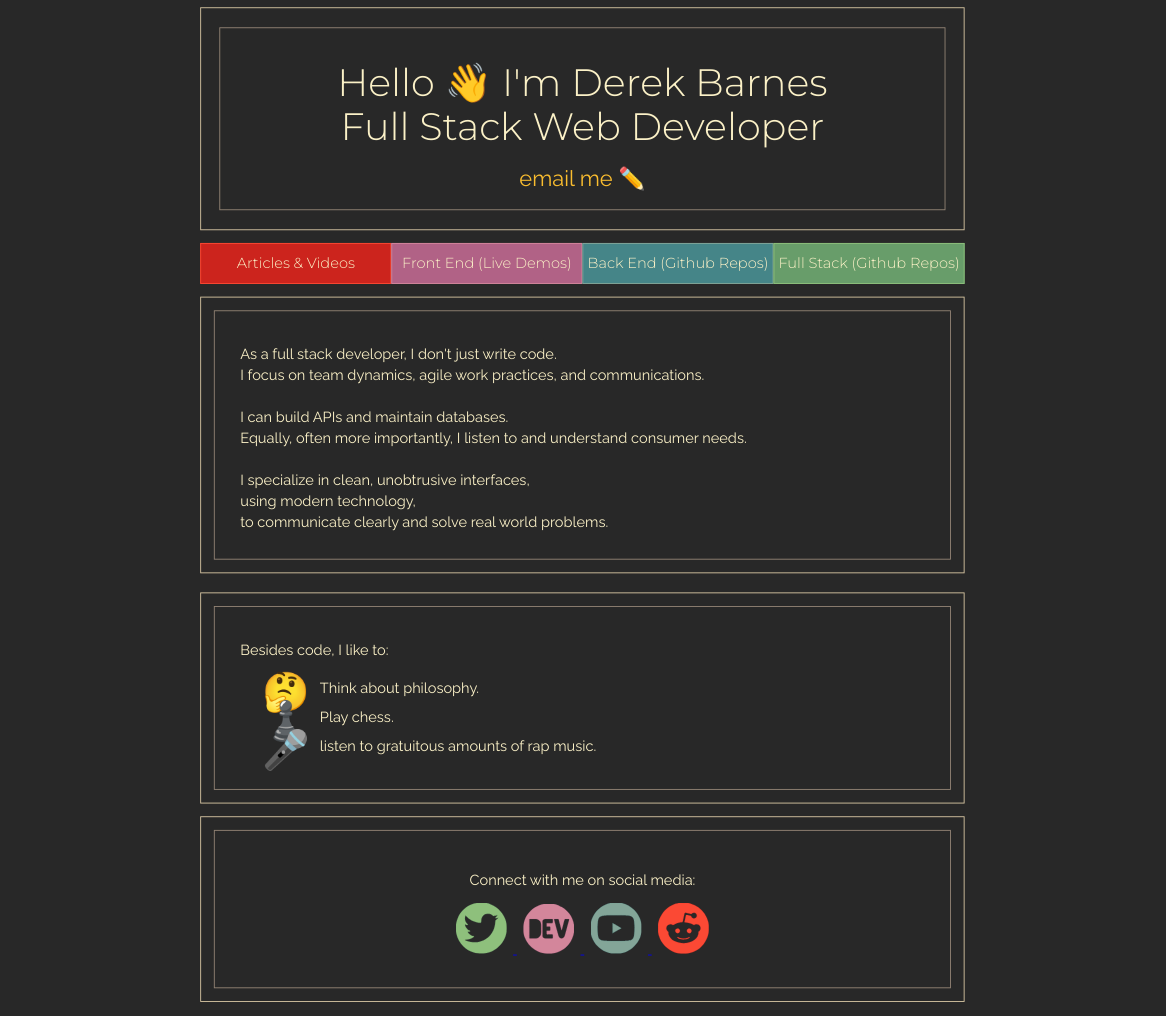
Repository: dsbarnes/groovy-blog
Page: index.html
An editor plug-in stored every save of this project. The page is shown before and after a run of saves, followed by the edit.
The browser window is 1280 px wide. The page is 1281 px wide, so the pictures cover 1281 px, including what lies to the right of the window. The pictures show the whole page, at 91% of full size.
The style sheet was rebuilt from its Sass, Less or Tailwind sources for each picture, by a compiler version that may differ from the author's.

Above is the page before, as saved 2020-05-11 16:01:31.

### index.html
<!DOCTYPE html>
<html lang="en">

<head>
    <meta charset="UTF-8">
    <meta name="viewport" content="width=device-width, initial-scale=1.0">
    <link href="https://fonts.googleapis.com/css2?family=Montserrat:wght@300&display=swap" rel="stylesheet">
    <link href="https://fonts.googleapis.com/css2?family=Raleway&display=swap" rel="stylesheet">

    <title>D.S. Barnes</title>

    <link rel="stylesheet" href="./CSS/style.css">
</head>

<body>
    <div class="container">

        <div id='nameCard'>
            <div id="doubleBorder">
                <p>Hello 👋 I'm Derek Barnes</p>
                <p>Full Stack Web Developer</p>
                <br />
                <small><a href='mailto:derekb0147@gmail.com'>email me ✏️</a></small>
                <br />
            </div>
        </div>

        <div id='selections'>
            <p class='nav' data-color='red' id='articles'>Articles & Videos</p>
            <p class='nav' data-color='purple' id='frontend'>Front End (Live Demos)</p>
            <p class='nav' data-color='blue' id='backend'>Back End (Github Repos)</p>
            <p class='nav' data-color='aqua' id='fullstack'>Full Stack (Github Repos)</p>
        </div>

        <!-- <button id="toggle-button">Toggle collapse</button> -->

        <!-- Section one -->
        <div class="content">
            <div class='double-border'>
                <div id='content-section-text'>
                    <p>As a full stack developer, I don't just write code.</p>
                    <p>I focus on team dynamics, agile work practices, and communications.</p>
                    <br />
                    <p>I can build APIs and maintain databases.</p>
                    <p>Equally, often more importantly, I listen to and understand consumer needs.</p>
                    <br />
                    <p>I specialize in clean, unobtrusive interfaces,</p>
                    <p>using modern technology,</p>
                    <p>to communicate clearly and solve real world problems.</p>
                </div>
            </div>
        </div>


        <!-- Section two -->
        <div class="hobbies">
            <div class='double-border'>

                <p>Besides code, I like to:</p>
                <br />

                <p class='xpad'>
                    <span class='bigEmoji'>🤔</span>
                    <span class='emojiText'>Think about philosophy.</span>
                </p>

                <p class='xpad'>
                    <span class='bigEmoji'>♟️</span>
                    <span class='emojiText'>Play chess.</span>
                </p>

                <p class='xpad'>
                    <span class='bigEmoji'>🎤</span>
                    <span class='emojiText'>listen to gratuitous amounts of rap music.</span>
                </p>
            </div>
        </div>


        <!-- Section three -->
        <div class="social-media">
            <div class="double-border">

                <p>Connect with me on social media:</p>

                <div id='media-icons'>
                    <a href='https://twitter.com/DerekBarnes0' id='twitter'>
                        <img src='../SVG/twitterLogo.svg'>
                    </a></img>

                    <a href='https://dev.to/dsbarnes' id="devto">
                        <img src='../SVG/devLogo.svg'>
                    </a></img>

                    <a href='https://www.youtube.com/channel/UC4wXeImm3FqzbxJvwSMoQFg?view_as=subscriber' id='youtube'>
                        <img src='../SVG/youtubeLogo.svg'>
                    </a></img>

                    <a href='https://www.reddit.com/user/snipethebird' id='reddit'>
                        <img src='../SVG/redditLogo.svg'>
                    </a></img>
                </div>

            </div>
        </div>

    </div><!-- container -->

    <script type=module src="index.js"></script>
</body>

</html>

### index.js
import articles from './components/articles.js'
import repos from './components/repos.js'

import articlesData from './siteData/articles.js'
import backendData from './siteData/backEnd.js'
import frontendData from './siteData/frontEnd.js'
import fullstackData from './siteData/fullStack.js'

const handleRemoveData = () => {
    const sections = Array.from(document.querySelectorAll('[id*="section-text"]'))

    for (const section of sections) {
        const elementsToRemove = Array.from(section.children)
        for (const element of elementsToRemove)
            element.remove()
    }
}

const populateData = (id) => {
    id == 'articles' && articles(articlesData)
    id == 'frontend' && repos(frontendData)
    id == 'backend' && repos(backendData)
    id == 'fullstack' && repos(fullstackData)
}

const handleTransition = (id) => {
    // Adds overflow: scroll to the content car:
    document.querySelector('.content')
        .classList.add('collapsed')

    // Shrinks and fades out the middle card:
    document.querySelector('.hobbies')
        .classList.add('collapsed')

    // Adjusts the social media card:
    document.querySelector('.social-media')
        .classList.add('collapsed')

    populateData(id)
}

let active = null
document.querySelectorAll('.nav')
    .forEach(btn => btn.addEventListener('click', function () {
        // Set active section
        // Click the currently active section does nothing
        if (active == this.id) return
        active = this.id

        handleRemoveData()

        const hobbies = document.querySelector('.hobbies').classList
        // If hobbies is collapsed then only repopulate the data
        hobbies.contains('collapsed') ?
            // Fades in the articles:
            populateData(this.id) :
            // Fades out about card, then runs populateData()
            handleTransition(this.id)
    }))

### components/articles.js
function modules(arr) {
    const root = document.getElementById('content-section-text')

    // Conceptually this is the same thing as
    // handleElementSection in repos.js
    // however, it builds two different components.
    const handleElementSection = (element) => {
        const container = document.createElement('div')
        const title = document.createElement('h1')
        const date = document.createElement('p')
        const short = document.createElement('p')

        title.innerHTML = element['Title']
        container.appendChild(title)

        date.innerHTML = element['Date']
        container.appendChild(date)

        short.innerHTML = element['Short']
        container.appendChild(short)

        container.classList.add('article-repo')
        root.appendChild(container)
    }

    for (const i in arr) {
        // setTimeout is non-blocking
        // IIFE to prevent setTimeout from stacking
        // and executing all at once:
        (() => {
            const element = arr[i]
            setTimeout(() => {
                handleElementSection(element)
                // Not for(of) b/c i is necessary here:
            }, 160 * i)
        })(i)
    }
}

export default modules

### components/repos.js
function repos(arr) {

    const root = document.getElementById('content-section-text')

    // for (const element of arr) {

    // Conceptually this is the same thing as
    // handleElementSection in articles.js
    // however, it builds two different components.
    const handleElementSection = (element) => {
        const container = document.createElement('div')
        const titleAndLinks = document.createElement('div')
        const title = document.createElement('h1')
        const repolink = document.createElement('p')
        const demolink = document.createElement('p')
        const description = document.createElement('p')

        titleAndLinks.classList.add('repo-title-links')

        title.innerHTML = element['Repo']
        titleAndLinks.appendChild(title)

        repolink.innerHTML = element['RepoLink']
        titleAndLinks.appendChild(repolink)

        if (element['DemoLink'] != undefined) {
            demolink.innerHTML = element['DemoLink']
            container.appendChild(demolink)
            titleAndLinks.appendChild(demolink)
        }

        container.appendChild(titleAndLinks)

        description.innerHTML = element['Description']
        description.classList.add('repo-description')
        container.appendChild(description)

        container.classList.add('article-repo')
        root.appendChild(container)
    }

    // }

    for (const i in arr) {
        // setTimeout is non-blocking
        // IIFE to prevent setTimeout from stacking
        // and executing all at once:
        (() => {
            const element = arr[i]
            setTimeout(() => {
                handleElementSection(element)
            }, 200 * i)
        })(i)
    }
}

export default repos

### siteData/articles.js
const articleData = [
    {
        "Title": "Article Project One",
        "Date": "date-posted",
        "Short": "Lorem ipsum"
    },
    {
        "Title": "Article Project Two",
        "Date": "date-posted",
        "Short": "fjdklsafjdlks;fajsdl;f"
    },
    {
        "Title": "Article Project Three",
        "Date": "date-posted",
        "Short": "fjdklsafjdlks;fajsdl;f"
    },
    {
        "Title": "Article Project Four",
        "Date": "date-posted",
        "Short": "fjdklsafjdlks;fajsdl;f"
    },
    {
        "Title": "Article Project Five",
        "Date": "date-posted",
        "Short": "fjdklsafjdlks;fajsdl;f"
    }
]

export default articleData

### siteData/backEnd.js
const backendData = [
    {
        "Repo": "Back End Project One",
        "RepoLink": "blah.com",
        "Description": "README.md"
    },
    {
        "Repo": "Back End Project Two",
        "RepoLink": "blah.com",
        "Description": "README.md"
    },
    {
        "Repo": "Back End Project Three",
        "RepoLink": "blah.com",
        "Description": "README.md"
    },
    {
        "Repo": "Back End Project Four",
        "RepoLink": "blah.com",
        "Description": "README.md"
    },
    {
        "Repo": "Back End Project Five",
        "RepoLink": "blah.com",
        "Description": "README.md"
    }
]

export default backendData

### siteData/frontEnd.js
const frontendData = [
    {
        "Repo": "Front End Project One",
        "RepoLink": "blah.com",
        "DemoLink": "demo link",
        "Description": "Lorem ipsum dolor sit amet, consectetur adipiscing elit, sed do eiusmod tempor incididunt ut labore et dolore magna aliqua. Dolor sit amet consectetur adipiscing elit duis tristique.Lorem ipsum dolor sit amet, consectetur adipiscing elit, sed do eiusmod tempor incididunt ut labore et dolore magna aliqua. Dolor sit amet consectetur adipiscing elit duis tristique.Lorem ipsum dolor sit amet, consectetur adipiscing elit, sed do eiusmod tempor incididunt ut labore et dolore magna aliqua. Dolor sit amet consectetur adipiscing elit duis tristique."
    },
    {
        "Repo": "Front End Project Two",
        "RepoLink": "blah.com",
        "DemoLink": "demo link",
        "Description": "README.md"
    },
    {
        "Repo": "Front End Project Three",
        "RepoLink": "blah.com",
        "DemoLink": "demo link",
        "Description": "README.md"
    },
    {
        "Repo": "Front End Project Four",
        "RepoLink": "blah.com",
        "DemoLink": "demo link",
        "Description": "README.md"
    },
    {
        "Repo": "Front End Project Five",
        "RepoLink": "blah.com",
        "DemoLink": "demo link",
        "Description": "README.md"
    }
]

export default frontendData

### siteData/fullStack.js
const fullstackData = [
    {
        "Repo": "Full Stack Project One",
        "RepoLink": "blah.com",
        "Description": "README.md"
    },
    {
        "Repo": "Full Stack Project Two",
        "RepoLink": "blah.com",
        "Description": "README.md"
    },
    {
        "Repo": "Full Stack Project Three",
        "RepoLink": "blah.com",
        "Description": "README.md"
    },
    {
        "Repo": "Full Stack Project Four",
        "RepoLink": "blah.com",
        "Description": "README.md"
    },
    {
        "Repo": "Full Stack Project Five",
        "RepoLink": "blah.com",
        "Description": "README.md"
    }
]

export default fullstackData

### style.scss
// Main Container:
// Sizings - everything is a multiple of 14!!
$container-width: 840px;
$container-height: 1100px;
$outer-width: $container-width * .8;
$margin-pad-sizing: 14px;


// Gruvbox colors:
$background-color: #282828;
$background-alt-color: #3c3836;
$font-color: #fbf1c7;
$font-alt-color: #ebdbb2;
$outer-border: #d5c4a1;
$inner-border: #928374;
$red-color: #cc241d;
$light-red-color: #fb4934;
$green-color: #98971a;
$light-green-color: #b8bb26;
$yellow-color: #d79921;
$light-yellow-color: #fabd2f;
$blue-color: #458588;
$light-blue-color: #83a598;
$purple-color: #b16286;
$light-purple-color: #d3869b;
$aqua-color: #689d6a;
$light-aqua-color: #8ec07c;


// Font:
$title-font: 'Montserrat', sans-serif;
$body-font: 'Raleway', sans-serif;
$title-font-size: 42px;
$body-font-size: 16px;


//Mixins:
@mixin bg-border($bg-color, $border-color){
  background-color: $bg-color;
  border: 1px solid $border-color;
}
@mixin font-fam-size($fam, $size){
  font-family: $fam;
  font-size: $size;
}
@mixin sectionButton($bg-color, $border-color){
  @include bg-border($bg-color, $border-color);
  @include font-fam-size($title-font, $body-font-size);
  display: inline-block;
  margin: 0 auto;
  //That just looks best as 12, idk.
  padding: 12px 0px;
  text-align: center;
  width: (($container-width / 4));
}

// Keyframes:
@keyframes fade-in{
  from{color: $background-color;}
  to{ color: $font-color; }
}
.article-repo{ animation: fade-in 2.5s forwards;}


// Overall styling:
* { box-sizing:border-box; }
body{ background-color: $background-color; color: $font-color }
//Everything visible is inside this container:
.container {
  display:flex;
  flex-direction:column;
  justify-content:flex-start;
  width: $container-width;
  margin: 0 auto;
  // we're required to set height explicitly
  height: $container-height;
}
h1{ @include font-fam-size($title-font, $title-font-size/1.25)}


// Name Card
#nameCard{
  border: 1px solid $outer-border;
  padding: $margin-pad-sizing/2;
  text-align: center;
  line-height: $margin-pad-sizing/2;

  small{ @include font-fam-size($body-font, $body-font-size*1.5); }
  a{ text-decoration: none; color: $light-yellow-color }

  #doubleBorder{
      @include bg-border($background-color, $inner-border);
      p{ @include font-fam-size($title-font, $title-font-size);}
      margin: $margin-pad-sizing auto;
      padding: $margin-pad-sizing;
      padding-bottom: $margin-pad-sizing*2;

      // 14px b/c of margin.
      // Why *3? Good question.
      width: ($container-width - 14px*3);
  }
}


// Nav 'buttons'
#selections{
  display: flex;
  justify-content: space-between;
  margin-top: $margin-pad-sizing;
}
#articles{ @include sectionButton($red-color, $light-red-color) }
#frontend{ @include sectionButton($purple-color, $light-purple-color) }
#backend{ @include sectionButton($blue-color, $light-blue-color) }
#fullstack{ @include sectionButton($aqua-color, $light-aqua-color) }

// General double border settings, different from
// name card b/c ...damnit
.double-border{
  border: 1px solid $inner-border;
  // Variables not working in calc()
  // will investigate.
  height: calc(100% - 28px); // $margin-pad-size*2
  width: calc(100% - 28px);  // $margin-pad-size*2
  margin: $margin-pad-sizing auto 0 auto;
  padding: $margin-pad-sizing*2;
}

// This is the section that expands:
.content{
  @include bg-border($background-color, $outer-border);
  @include font-fam-size($body-font, $body-font-size);

  ::-webkit-scrollbar {
    display: block;
    background: $background-color;
    width: 7px;
  }

  ::-webkit-scrollbar-track { background: transparent; }

  ::-webkit-scrollbar-thumb {
    -webkit-border-radius: 5px;
    background:$background-alt-color;
  }
  ::-webkit-scrollbar-track-piece:end {
    background: transparent;
    margin-bottom: 10px;
  }
  ::-webkit-scrollbar-track-piece:start {
    background: transparent;
    margin-top: 10px;
  }

  line-height: $margin-pad-sizing/2;
  margin: $margin-pad-sizing 0;
  overflow: hidden;
  flex: 3;
}
.content::after {
  content:'';
  position: absolute;
  z-index: -1;
  height: calc(100% - 20px);
  top: 10px;
  right: -1px;
  width: 5px;
  background: #red;
}
.content.collapsed{
  .double-border{
    overflow-y: scroll;
    overflow-x: hidden;
  }
}

.article-repo{
  margin-bottom: $margin-pad-sizing*4;
  h1{ margin: $margin-pad-sizing 0; }
  p{line-height: $margin-pad-sizing*1.5; }
  .repo-title-links p{
    width: $container-width/10;
    display: inline-block;
  }
  .repo-description{
    margin: 0px;
    line-height: $margin-pad-sizing*1.5;
  }
}


// This section dissapears:
.hobbies {
  // note that we're transitioning flex, not height!
  @include bg-border($background-color, $outer-border);
  @include font-fam-size($body-font, $body-font-size);
  line-height: $margin-pad-sizing/2;
  margin: $margin-pad-sizing/2 0;
  flex: 2;
  .bigEmoji{ font-size: $title-font-size; }
  .xpad{ padding-left: 24px; }
  .emojiText{
      position: relative;
      bottom: $margin-pad-sizing;
      padding-left: $margin-pad-sizing/2;
  }
  transition:all 0.7s ease;
}
.hobbies.collapsed {
  border: 0px solid $background-color;
  color: $background-color;
  overflow: hidden;
  flex: 0;
  // Big number to squeze box inward
  margin: 0 $margin-pad-sizing * 7;
}


// This section appears to never change
.social-media{
  @include bg-border($background-color, $outer-border);
  @include font-fam-size($body-font, $body-font-size);
  text-align: center;
  margin: $margin-pad-sizing/2 0;
  flex: 2;
  transition: all 0.6s ease;
}
.social-media.collapsed{
  flex: 1;
  #media-icons{
    // Why 20? Good question.
    margin-bottom:
      $margin-pad-sizing + $margin-pad-sizing/2 + 1;
  }
}
// Social Media Icons:
#media-icons{
  width: $container-width / 2;
  margin: 0 auto;
  text-align: center;
  line-height: $margin-pad-sizing;
  img{ width: $margin-pad-sizing*4; margin: 0 $margin-pad-sizing/2; }
}

After the next 2 saves:
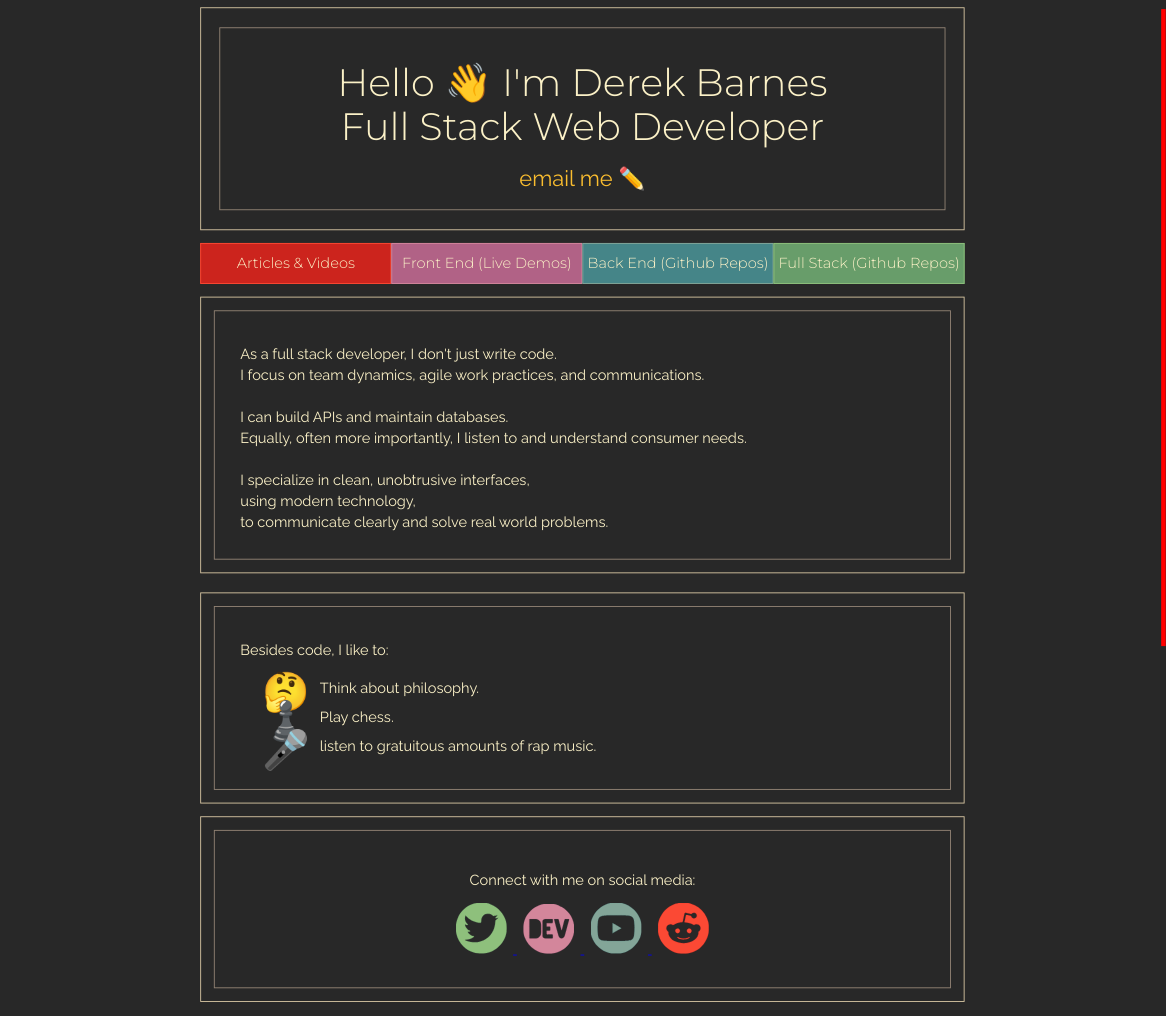
The 2 saves are shown as one change because they came seconds apart.
The last was saved 7 s later.
--- a/style.scss
+++ b/style.scss
@@ -159,12 +159,12 @@ h1{ @include font-fam-size($title-font, $title-font-size/1.25)}
 .content::after {
   content:'';
   position: absolute;
-  z-index: -1;
+  // z-index: -1;
   height: calc(100% - 20px);
   top: 10px;
   right: -1px;
   width: 5px;
-  background: #red;
+  background: red;
 }
 .content.collapsed{
   .double-border{
